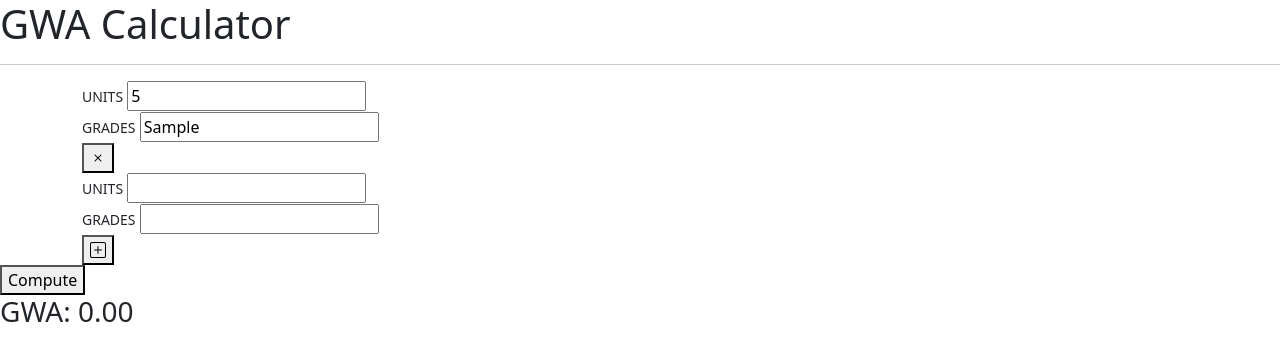
Repository: yonora/GWACalculator
Page: index.html
An editor plug-in stored every save of this project. The page is shown before and after the next save, followed by the edit.
The browser window is 1280 px wide. The pictures show the whole page.
Empty fields were first filled with sample values (such as "Sample", 5 or name@example.com).
After loading, the first visible `button.col-auto` was clicked once.

Above is the page before, as saved 2025-01-07 22:19:56.

After the next save:
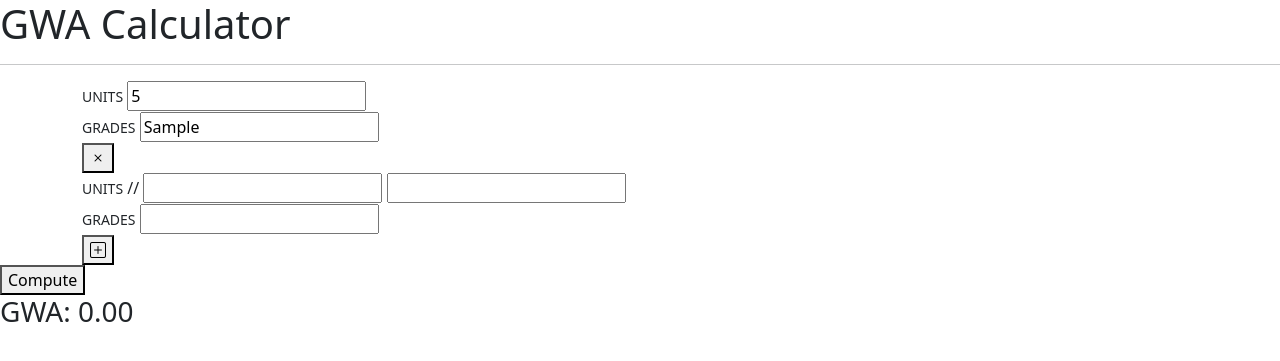
Saved 96 s later.
--- a/js.js
+++ b/js.js
@@ -11,7 +11,8 @@ function add(){
         `<div class="grade-container" id=${lastIndex}>
             <div class="col-auto">
                 <label class="col-form-label-sm">UNITS</label>
-                <input type="number" class="col-form-control units" min="1" oninput="getGWA()">
+                // <input type="number" class="col-form-control units" min="1" oninput="getGWA()">
+                <input type="number" class="col-form-control units" min="1">
             </div>
             <div class="col-auto">
                 <label class="col-form-label-sm">GRADES</label>
